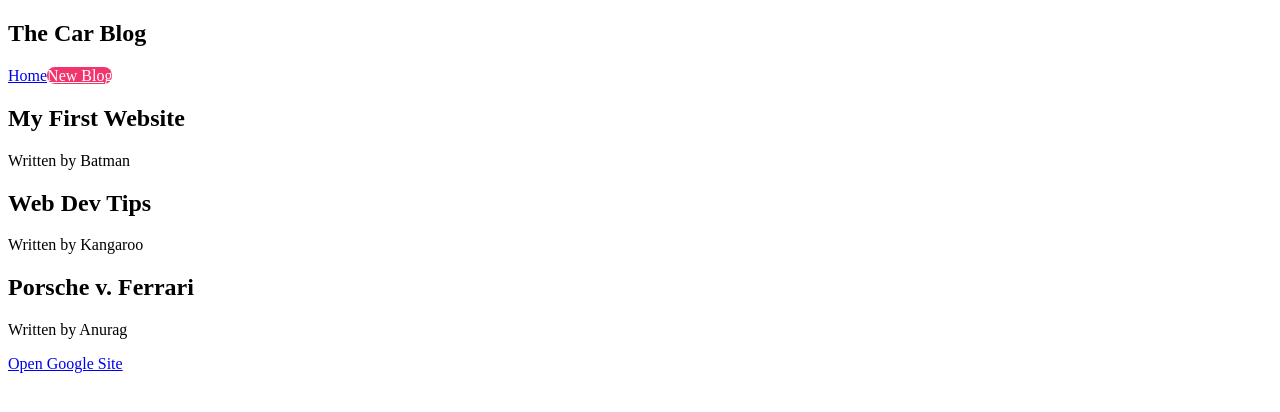
Repository: anuragkej/blogster
Page: /
The author's editor kept a copy of each file at every save. The page is drawn from the files as they stood at one save, then again after the next save.
The browser window is 1280 px wide. The pictures show the whole page.
The project was rebuilt for these pictures with package versions that can differ from the ones it lists, and the page was loaded fresh each time.

Above is the page before, as saved 2024-08-27 01:19:29.

### src/index.css
@import url("https://fonts.googleapis.com/css2?family=Quicksand:wght@300;400;500;600;700&display=swap");

### src/App.js
import Navbar from "./Navbar";
import Home from "./Home";

function App() {
  const title = "Welcome to Blogster";
  const likes = 50;
  const link = "http://www.google.com";

  // react converts everything to string before outputting to browser, so don't need to worry about typecasting

  return (
    <div className="App">
      <Navbar></Navbar>
      <div className="content">
        <Home />

        <a href={link}>Open Google Site</a>
      </div>
    </div>
  );
}

export default App;

### src/Navbar.js
const Navbar = () => {
  return (
    <nav className="navbar">
      <h1>The Car Blog</h1>
      <div className="links">
        <a href="/">Home</a>
        <a
          href="/create"
          style={{
            color: "white",
            backgroundColor: "#f1356d",
            borderRadius: "8px",
          }}
        >
          New Blog
        </a>
      </div>
    </nav>
  );
};

export default Navbar;

### src/Home.js
import { useState } from "react";

const Home = () => {
  /*Triggers  Rerendering of state of button so it is reactive.*/
  //   const [name, setName] = useState("mario");
  //   const [age, setAge] = useState(25);

  //   const handleClick = () => {
  //     setName("luigi");
  //     setAge(30);
  //   };

  const [blogs, setBlogs] = useState([
    {
      title: "My First Website",
      body: "I love my website made with React!",
      author: "Batman",
      id: 1,
    },
    {
      title: "Web Dev Tips",
      body: "Different tools to use in Web-App Development",
      author: "Kangaroo",
      id: 2,
    },
    {
      title: "Porsche v. Ferrari",
      body: "Which car has better performance?",
      author: "Anurag",
      id: 3,
    },
  ]);
  return (
    <div className="home">
      {blogs.map((blog) => (
        <div classname="blog-preview" key={blog.id}>
          <h2>{blog.title}</h2>
          <p>Written by {blog.author}</p>
        </div>
      ))}
    </div>
  );
};

export default Home;

Loaded but not shown: public/index.html (common file); src/index.js (common file)

After the next save:
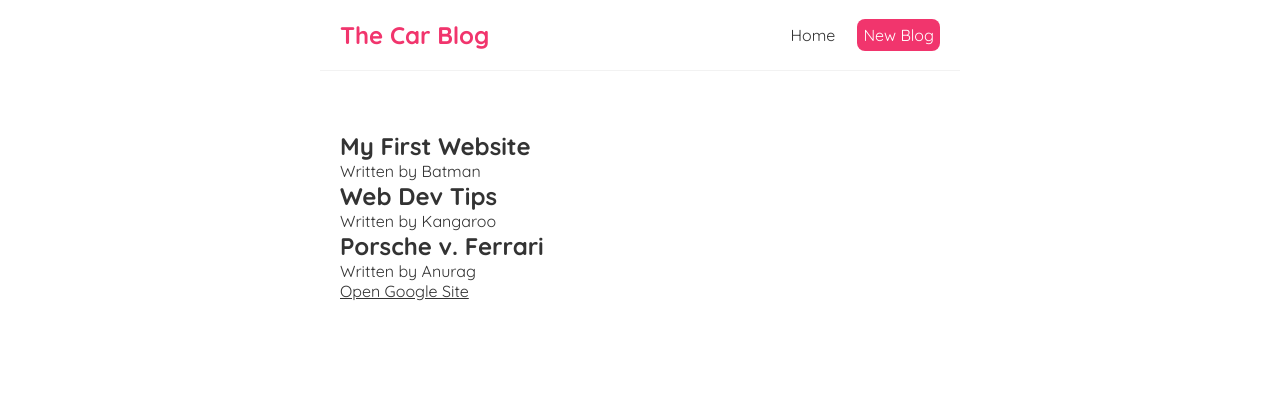
Saved 104 s later.
--- a/src/index.css
+++ b/src/index.css
@@ -1 +1,48 @@
 @import url("https://fonts.googleapis.com/css2?family=Quicksand:wght@300;400;500;600;700&display=swap");
+
+* {
+  margin: 0;
+  font-family: "Quicksand";
+  color: #333;
+}
+.navbar {
+  padding: 20px;
+  display: flex;
+  align-items: center;
+  max-width: 600px;
+  margin: 0 auto;
+  border-bottom: 1px solid #f2f2f2;
+}
+.navbar h1 {
+  color: #f1356d;
+}
+.navbar .links {
+  margin-left: auto;
+}
+.navbar a {
+  margin-left: 16px;
+  text-decoration: none;
+  padding: 6px;
+}
+.navbar a:hover {
+  color: #f1356d;
+}
+.content {
+  max-width: 600px;
+  margin: 40px auto;
+  padding: 20px;
+}
+/* blog previews / list */
+.blog-preview {
+  padding: 10px 16px;
+  margin: 20px 0;
+  border-bottom: 1px solid #fafafa;
+}
+.blog-preview:hover {
+  box-shadow: 1px 3px 5px rgba(0, 0, 0, 0.1);
+}
+.blog-preview h2 {
+  font-size: 20px;
+  color: #f1356d;
+  margin-bottom: 8px;
+}
